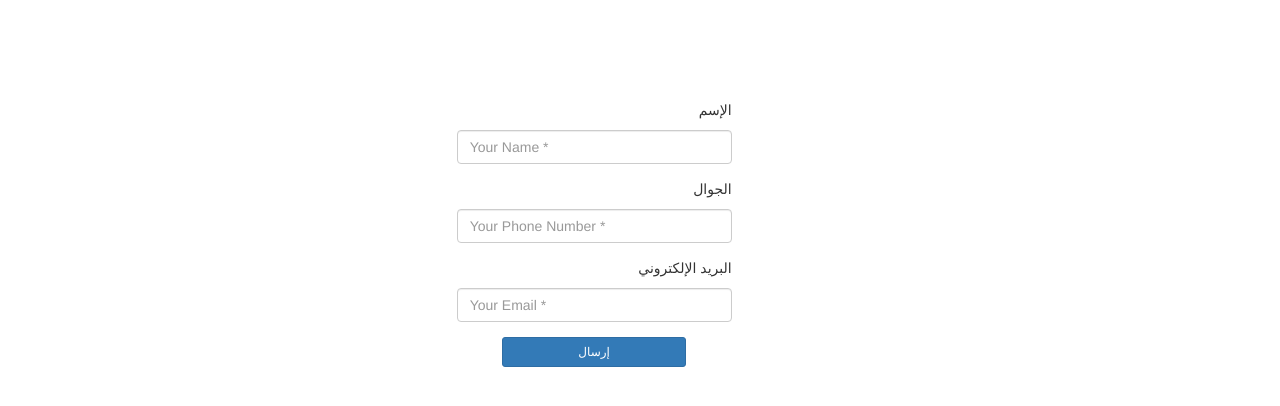
Repository: Abdaljawad-Aya/Itbeep-task
Page: http://localhost/form-user
The author's editor kept a copy of each file at every save. The page is drawn from the files as they stood at one save, then again after the next save.
The browser window is 1280 px wide. The pictures show the whole page.
The page is served by the project's Laravel application, run on PHP 8.4 with Laravel 8. Other server files are loaded and not shown.

Above is the page before, as saved 2021-03-07 19:33:37.

### singlePageApp/routes/web.php
<?php

use Illuminate\Support\Facades\Route;

/*
|--------------------------------------------------------------------------
| Web Routes
|--------------------------------------------------------------------------
|
| Here is where you can register web routes for your application. These
| routes are loaded by the RouteServiceProvider within a group which
| contains the "web" middleware group. Now create something great!
|
*/

Route::get('/', function () {
    return view('welcome');
});

Route::get('form-user', 'formController@form');
Route::post('form-user', ['as' => 'users.store', 'uses' => 'formController@formSaveData']);

### singlePageApp/app/Http/Controllers/formController.php
<?php

namespace App\Http\Controllers;

use Illuminate\Support\Facades\Mail;

use Illuminate\Http\Request;
use App\Mail\formUser;
use App\form;

class formController extends Controller
{
    /**
     * Show the application
     *
     * @return \Illuminatey\Http\Response
     */

    public function form()
    {
        return view('form-user');
    }

    /**
     * Show the application
     *
     * @return \Illuminatey\Http\Response
     */

    public function formSaveData(Request $request)

    {
        $this->validate($request, [
            'name'   => 'required',
            'email'  => 'required|email',
            'mobile' => 'required',
        ]);

        form::create($request->all());
        Mail::send(
            'form-user',
            array(
                'name'   => $request->get('name'),
                'mobile' => $request->get('mobile'),
                'email'  => $request->get('email'),
            ),
            function ($message) use ($request) {
                $message->from('abdaljawad.ayah94@gmail.com');
                $message->to($request->email, 'Admin')->subject($request->get('subject'));
            }
        );
        return back()->with('success', 'Thanks for contact us!');
    }
}

### singlePageApp/resources/views/form-user.blade.php
<!DOCTYPE html>
<html lang="en">
<head>
    <meta charset="UTF-8">
    <meta name="viewport" content="width=device-width, initial-scale=1.0">
    <meta http-equiv="X-UA-Compatible" content="ie=edge">
    <link rel="stylesheet" href="https://maxcdn.bootstrapcdn.com/bootstrap/3.4.1/css/bootstrap.min.css">

    <script src="https://ajax.googleapis.com/ajax/libs/jquery/3.5.1/jquery.min.js"></script>

    <script src="https://maxcdn.bootstrapcdn.com/bootstrap/3.4.1/js/bootstrap.min.js"></script>
    <link rel="stylesheet" href="../views/css/style.css">
    <title>Form</title>
</head>
<body>
   <div class="container contact-form col-lg-6 col-md-offset-4" style="margin-top:100px;">
     @if (session('status'))
       <div class="alert alert-success">
           {{ session('status')}}
       </div>
    @endif
    @if (session('warning'))
    <div class="alert alert-warning">
        {{session('warning')}}
    </div>
    @endif

    <form method="POST" action ="{{ route('users.store')}}" >
     {{ csrf_field()}}

     <div class="col-md-6">

        {{-- NAME --}}
        <div class="form-group {{ $errors->has('name') ? ' has-error' : '' }}">
                <p style="text-align: right">الإسم</p>
            <input type="text" name="name" class="form-control" placeholder="Your Name *" required/>
             @if ($errors->has('name'))
                 <span class="help-block">
                     <strong>
                         {{ $errors->first('name')}}
                     </strong>
                 </span>
             @endif
         </div>


        {{-- MOBILE --}}

        <div class="form-group" {{$errors->has('mobile') ? 'has-error' : ''}}>
            <p style="text-align: right">الجوال</p>
         <input type="text" name="mobile" class="form-control" placeholder="Your Phone Number *" required/>

         @if ($errors->has('mobile'))
             <span class="help-block">
                 <strong>
                     {{ $errors->first('mobile')}}
                 </strong>
             </span>
         @endif
        </div>
         {{-- EMAIL --}}
         <div class="form-group" {{$errors->has('email') ? 'has-error' : ''}}>
             <p style="text-align: right">البريد الإلكتروني</p>
          <input type="email" name="email" class="form-control" placeholder="Your Email *" required />

            @if ($errors->has('email'))
            <span class="help-block">
                <strong>
                    {{ $errors->first('email')}}
                </strong>
            </span>
            @endif
        </div>

        <div class="form-group">

            <input type="submit" name="btnSubmit" class="btn btn-primary btn-square btn-sm col-lg-8 col-md-offset-2" value="إرسال" data-toggle="modal" data-target="#exampleModal" data-whatever="@getbootstrap">
        </div>
     </div>


     {{-- Popup Start --}}
    <div class="modal fade" id="exampleModal" tabindex="-1" role="dialog" aria-labelledby="exampleModalLabel" aria-hidden="true">
    <div class="modal-dialog" role="document">
        <div class="modal-content">
        <div class="modal-header">
            {{-- <h5 class="modal-title" id="exampleModalLabel">New message</h5> --}}
            <button type="button" class="close" data-dismiss="modal" aria-label="Close">
            <span aria-hidden="true">&times;</span>
            </button>
        </div>
        <div class="modal-body">
            <form>
            <div class="form-group ">
                <p style="text-align: center" >إختر عرض من العروض الاتيه</p>
                <button type="button" style=" background-color:rgb(95, 51, 95); color:#FFF;" class=" btn-square btn-sm col-lg-2 col-md-offset-2"> عرض3</button>


                <button type="button" style=" background-color:rgb(95, 51, 95); color:#FFF;"class="btn-square btn-sm col-lg-2 col-md-offset-1"> عرض2</button>


                <button type="button" style=" background-color:rgb(95, 51, 95); color:#FFF;"class="btn-square btn-sm col-lg-2 col-md-offset-1"> عرض1</button>
                 <br> <br>

                <button type="button"style=" background-color:rgb(95, 51, 95); color:#FFF;" class=" btn-square btn-sm col-lg-8 col-md-offset-2">التالي</button>
                <br> <br>

            </div>
            </form>
        </div>
        <div class="modal-footer">
            <button type="button" class="btn btn-secondary" data-dismiss="modal">إغلاق</button>

        </div>
        </div>
    </div>
</div>
     {{-- Popup End --}}


</form>
</div>
</body>
</html>

Loaded but not shown: singlePageApp/app/Http/Controllers/Controller.php (common file)

After the next save:
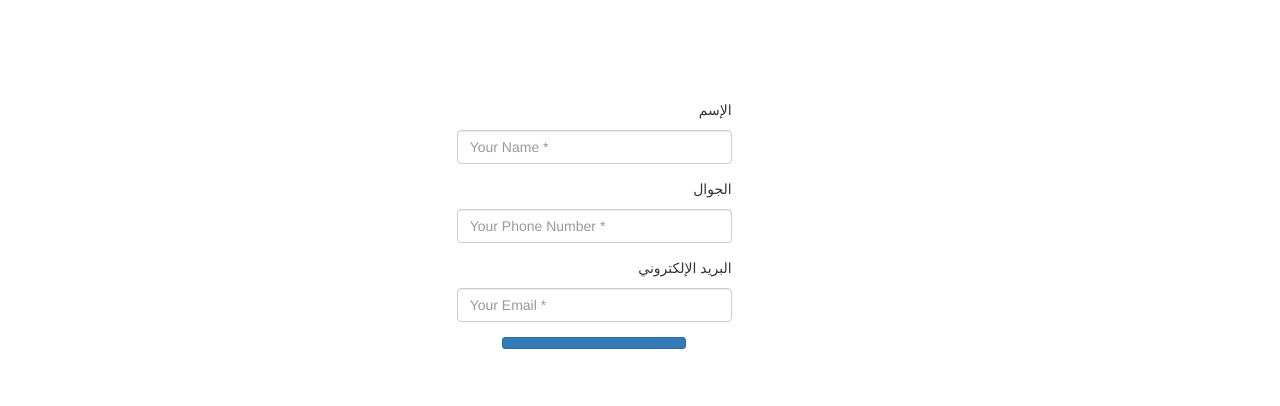
Saved 11 min 53 s later.
--- a/singlePageApp/resources/views/form-user.blade.php
+++ b/singlePageApp/resources/views/form-user.blade.php
@@ -74,7 +74,7 @@
 
         <div class="form-group">
 
-            <input type="submit" name="btnSubmit" class="btn btn-primary btn-square btn-sm col-lg-8 col-md-offset-2" value="إرسال" data-toggle="modal" data-target="#exampleModal" data-whatever="@getbootstrap">
+            <button type="button" name="btnSubmit" class="btn btn-primary btn-square btn-sm col-lg-8 col-md-offset-2" value="إرسال" data-toggle="modal" data-target="#exampleModal" data-whatever="@getbootstrap">
         </div>
      </div>
 

After the 2 saves that followed:
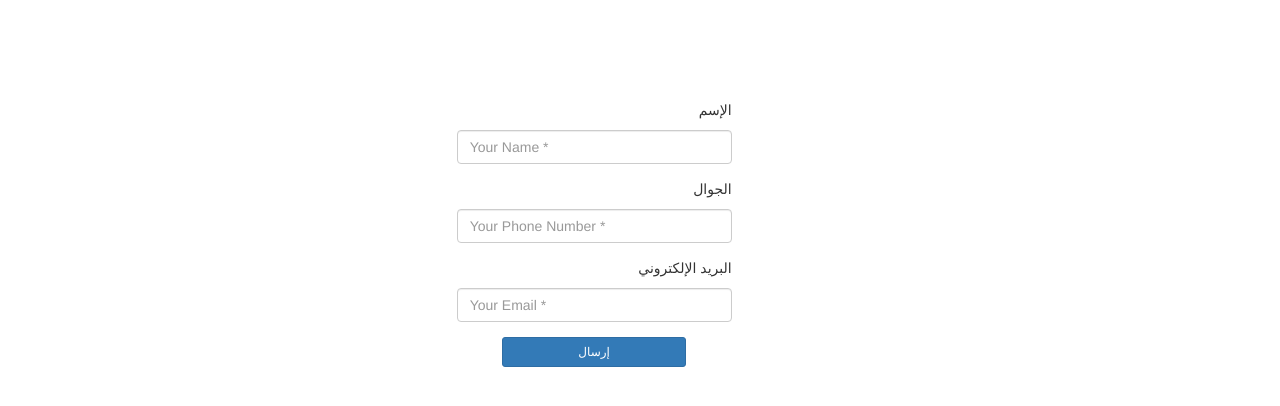
The 2 saves are shown as one change because 1 left the picture as it was.
The last was saved 47 s later.
--- a/singlePageApp/resources/views/form-user.blade.php
+++ b/singlePageApp/resources/views/form-user.blade.php
@@ -74,7 +74,7 @@
 
         <div class="form-group">
 
-            <button type="button" name="btnSubmit" class="btn btn-primary btn-square btn-sm col-lg-8 col-md-offset-2" value="إرسال" data-toggle="modal" data-target="#exampleModal" data-whatever="@getbootstrap">
+            <button type="button" name="btnSubmit" class="btn btn-primary btn-square btn-sm col-lg-8 col-md-offset-2" value="إرسال" data-toggle="modal" data-target="#exampleModal" data-whatever="@getbootstrap"> إرسال </button>
         </div>
      </div>
 
